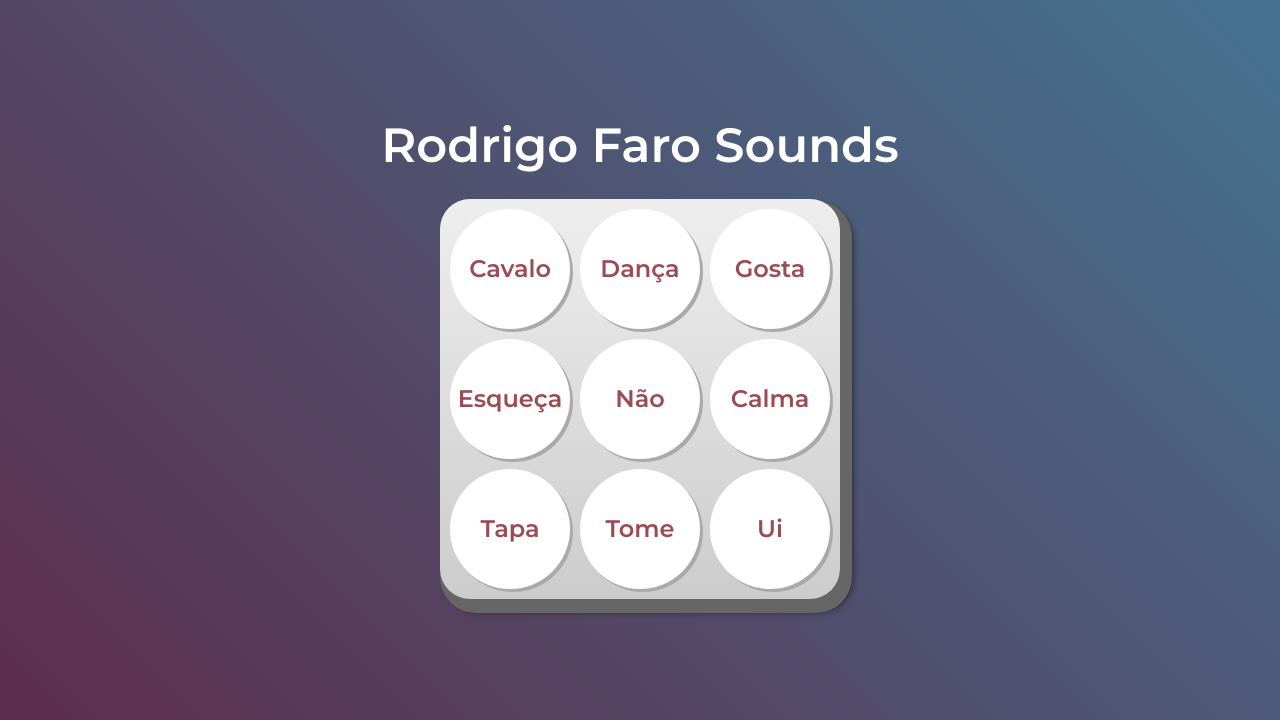
Repository: barbara-teresa-toledo/rodrigo-faro-sounds
Page: index.html
The author's editor kept a copy of each file at every save. The page is drawn from the files as they stood at one save, then again after the next save.
The browser window is 1280 px wide. The pictures show the whole page.

Above is the page before, as saved 2022-08-02 16:26:58.

### index.html
<!DOCTYPE html>
<html lang="pt-BR">
<head>
    <meta charset="UTF-8">
    <meta http-equiv="X-UA-Compatible" content="IE=edge">
    <meta name="viewport" content="width=device-width, initial-scale=1.0">

    <title>Rodrigo Faro Sounds</title>

    <link rel="preconnect" href="https://fonts.googleapis.com">
    <link rel="preconnect" href="https://fonts.gstatic.com" crossorigin>
    <link href="https://fonts.googleapis.com/css2?family=Montserrat:wght@500;600&display=swap" rel="stylesheet">

    <link rel="icon" type="image/png" href="images/bateria.png">
    <link rel="stylesheet" href="css/reset.css">
    <link rel="stylesheet" href="css/estilos.css">

</head>
<body>

    <h1>Rodrigo Faro Sounds</h1>

    <section class="teclado">
        <button class="tecla tecla_cavalo">Cavalo</button>
        <button class="tecla tecla_danca">Dança</button>
        <button class="tecla tecla_gosta">Gosta</button>

        <button class="tecla tecla_esqueca">Esqueça</button>
        <button class="tecla tecla_nao">Não</button>
        <button class="tecla tecla_calma">Calma</button>

        <button class="tecla tecla_tapa">Tapa</button>
        <button class="tecla tecla_tome">Tome</button>
        <button class="tecla tecla_ui">Ui</button>
    </section>

    <audio src="sounds/cavalo.wav" id="som_tecla_cavalo"></audio>
    <audio src="sounds/danca.wav" id="som_tecla_danca"></audio>
    <audio src="sounds/gosta.wav" id="som_tecla_gosta"></audio>
    <audio src="sounds/esqueca.wav" id="som_tecla_esqueca"></audio>
    <audio src="sounds/nao.wav" id="som_tecla_nao"></audio>
    <audio src="sounds/calma.wav" id="som_tecla_calma"></audio>
    <audio src="sounds/tapa.wav" id="som_tecla_tapa"></audio>
    <audio src="sounds/tome.wav" id="som_tecla_tome"></audio>
    <audio src="sounds/ui.wav" id="som_tecla_ui"></audio>

    <script src="main.js"></script>

</body>
</html>

### css/estilos.css
:root {
  --cinza: #aaa;
  --rosa: #d78fa3;
  --rosa-escuro: #9b4b54;
  --vermelha-escura: #af303f;
  --branca: #fff;
  --luz: #a8bdc2;
}

body {
  align-items: center;
  background: linear-gradient(45deg, #5d2d4e 0%,#447390 100%);
  display: flex;
  justify-content: center;
  flex-direction: column;
  font-family: 'Montserrat', sans-serif;
  min-height: 100vh;
}

h1 {
  color: var(--branca);
  margin-bottom: 30px;
  font-size: 3rem;
  font-weight: bold;
}

.teclado {
  background: linear-gradient(to bottom, #eeeeee 0%,#cccccc 100%);
  box-shadow: 6px 8px 0 6px #666, 10px 10px 10px #000;
  border-radius: 30px;
  display: grid;
  gap: 10px;
  grid-template-columns: repeat(3, 1fr);
  padding: 10px;
}

.tecla {
  background-color: var(--branca);
  border-radius: 50%;
  box-shadow: 3px 3px 0 var(--cinza);
  color: var(--rosa-escuro);
  cursor: pointer;
  height: 120px;
  font-size: 1.5em;
  font-weight: bold;
  line-height: 120px;
  text-align: center;
  width: 120px;
}

.tecla.ativa,
.tecla:active {
  background-color: var(--rosa);
  border: 4px solid  var(--rosa);
  box-shadow: 3px 3px 0 var(--vermelha-escura) inset;
  color: var(--branca);
  outline: none;
}

.tecla.focus,
.tecla:focus {
  outline: none;
  box-shadow: 1px 1px 10px var(--luz);
}

.tecla.ativa:focus,
.tecla:active:focus {
  box-shadow: 3px 3px 0 var(--vermelha-escura) inset, 1px 1px 10px var(--luz);
}

### main.js
function tocaSom (seletorAudio) {
    const elemento = document.querySelector(seletorAudio);

    if (elemento && elemento.localName === 'audio') {
        elemento.play();
    }
    else {
        //alert('Elemento não encontrado');
        console.log('Elemento não encontrado ou seletor inválido');
    }

}

const listaDeTeclas = document.querySelectorAll('.tecla');

//para
for (let contador = 0; contador < listaDeTeclas.length; contador++) {

    const tecla = listaDeTeclas[contador];
    const instrumento = tecla.classList[1];
    const idAudio = `#som_${instrumento}`; //template string

    tecla.onclick = function () {
        tocaSom(idAudio);
    }

    tecla.onkeydown = function (evento) {

        if (evento.code === 'Space' || evento.code === 'Enter') {
            tecla.classList.add('ativa');
        }

    }

    tecla.onkeyup = function () {
        tecla.classList.remove('ativa');
    }

}

Loaded but not shown: css/reset.css (common file)

After the next save:
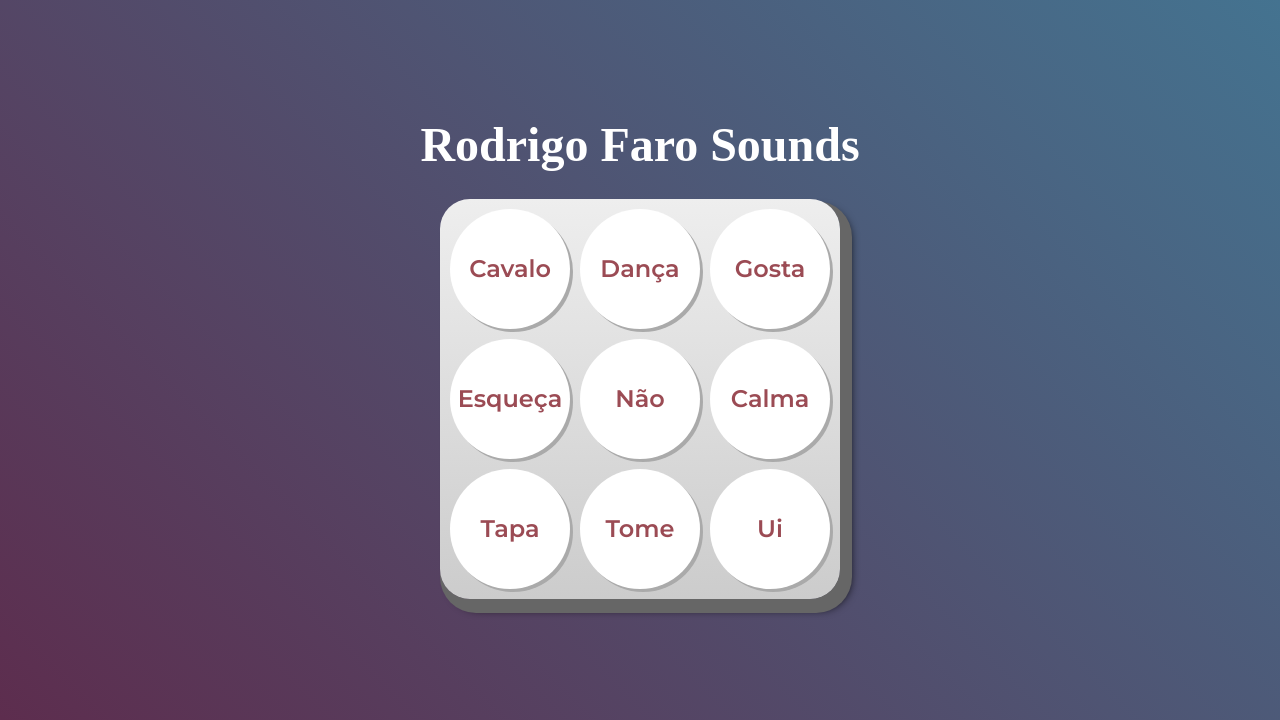
Saved 93 s later.
--- a/css/estilos.css
+++ b/css/estilos.css
@@ -22,6 +22,7 @@
   margin-bottom: 30px;
   font-size: 3rem;
   font-weight: bold;
+  font-family: 'Lilita One', cursive;
 }
 
 .teclado {
